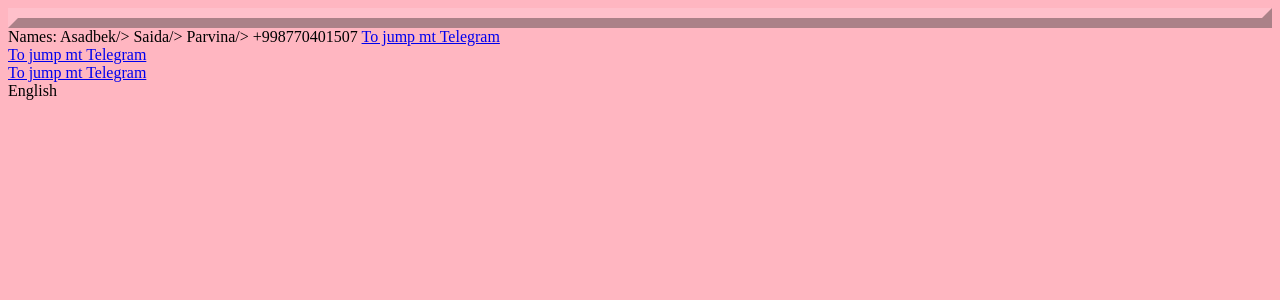
Repository: KHANas02/live-stream
Page: contact.html
An editor plug-in stored every save of this project. The page is shown before and after the next save, followed by the edit.
The browser window is 1280 px wide. The pictures show the whole page.

Above is the page before, as saved 2024-03-25 07:48:43.

### contact.html
<!DOCTYPE html>
<html lang="en">
  <head>
    <meta charset="UTF-8" />
    <meta name="viewport" content="width=device-width, initial-scale=1.0" />
    <title>Contact with us</title>
    <link rel="stylesheet" href="./index.html" />
  </head>
  <style>
    body {
      background-color: lightpink;
    }
    .text {
      background-repeat: no-repeat;
    }
    .avatar {
      border: 10px outset pink;
    }
  </style>
  <body>
    <div class="avatar"></div>
    <div class="text">
    Names:  Asadbek/>
      Saida/>
      Parvina/>

+998770401507
      <a href=" https://t.me/wzb_02">To jump mt Telegram</a> <br />
       <a href=" https://t.me/gsi_77">To jump mt Telegram</a> <br />
        <a href="https://t.me/Pretty_girl_2024">To jump mt Telegram</a> <br />

      English <br />
    </div>
  </body>
</html>

### index.html
<!DOCTYPE html>
<html lang="en">
  <head>
    <meta charset="UTF-8" />
    <head name="viewport" content="width=device-width, initial-scale=1.0">
      <title>Englify Live_stream</title>
      <link rel="stylesheet" href="./style.css" />
    </head>
    <style>
      .div1Img {
        font-size: 70px;
        font-family: serif;
        font-weight: 100;
        color: rgb(255, 0, 157);
        position: relative;
        left: 25px;
        top: 70px;
      }
      .div2 {
        font-size: 70px;
        font-family: serif;
        font-weight: 100;
        color: rgb(255, 0, 157);
        position: relative;
        left: 25px;
        top: 70px;
      }
      .div3 {
        font-size: 70px;
        font-family: serif;
        font-weight: 100;
        color: rgb(255, 0, 157);
        position: relative;
        left: 25px;
        top: 450px;
      }
    </style>
    <html>
      <body>
        <div class="div1">
          <div class="div1Img">JOIN TO OUR LIVE STREAM</div>
        </div>
        <div class="div2">
          Todat at 21:00 <br />
          Only with coffee
        </div>
        <div class="div3">
          Our on the telegram
          <br />
          @englify_asp <br />
          And join to us
        </div>
        <div class="hamburger-menu">
          <input id="menu__toggle" type="checkbox" />
          <label class="menu__btn" for="menu__toggle">
            <span></span>
          </label>

          <ul class="menu__box">
            <li><a class="menu__item" href="index.html">Главная</a></li>
            <li>
              <a class="menu__item" href="speaking.html"
                >Speaking полезная функция</a
              >
            </li>
            <li><a class="menu__item" href="group.html">участники прямой трансляции</a></li>
            <li><a class="menu__item" href="#">Блог</a></li>
            <li><a class="menu__item" href="contact.html">Контакты</a></li>
          </ul>
        </div>
      </body>
    </html>
  </head>
</html>

After the next save:
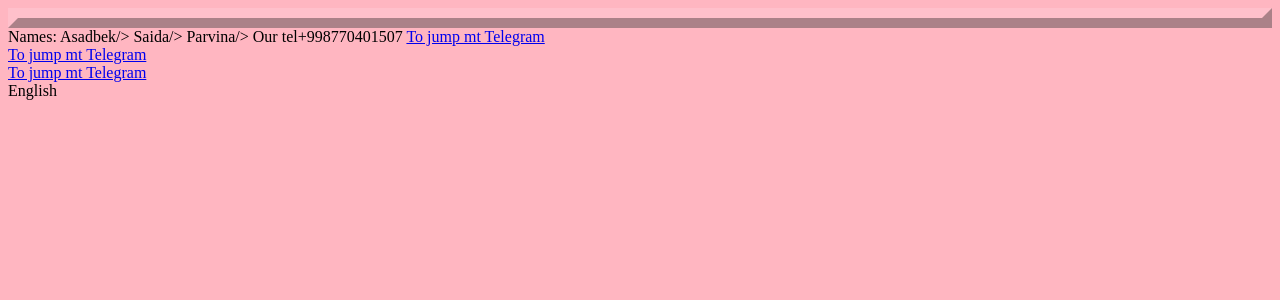
Saved 7 s later.
--- a/contact.html
+++ b/contact.html
@@ -24,7 +24,7 @@
       Saida/>
       Parvina/>
 
-+998770401507
+Our tel+998770401507
       <a href=" https://t.me/wzb_02">To jump mt Telegram</a> <br />
        <a href=" https://t.me/gsi_77">To jump mt Telegram</a> <br />
         <a href="https://t.me/Pretty_girl_2024">To jump mt Telegram</a> <br />
